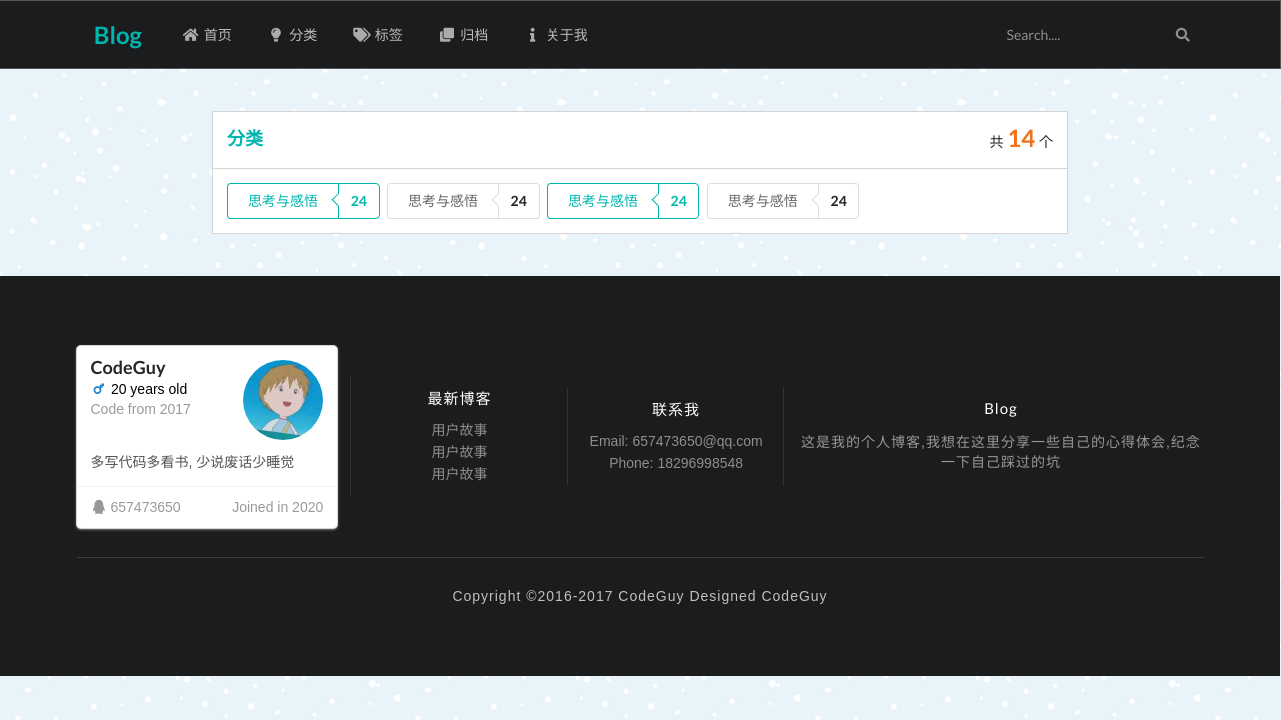
Repository: GOGOHQ/myblog
Page: types.html
These files come from the project's save history. The page is drawn as it stood at one moment and after the next save; the edit follows.
The browser window is 1280 px wide. The page is 1281 px wide, so the pictures cover 1281 px, including what lies to the right of the window. The pictures show the whole page.
Some web libraries are served in a nearby version.

Above is the page before, as saved 2020-01-17 18:50:22.

After the next save:
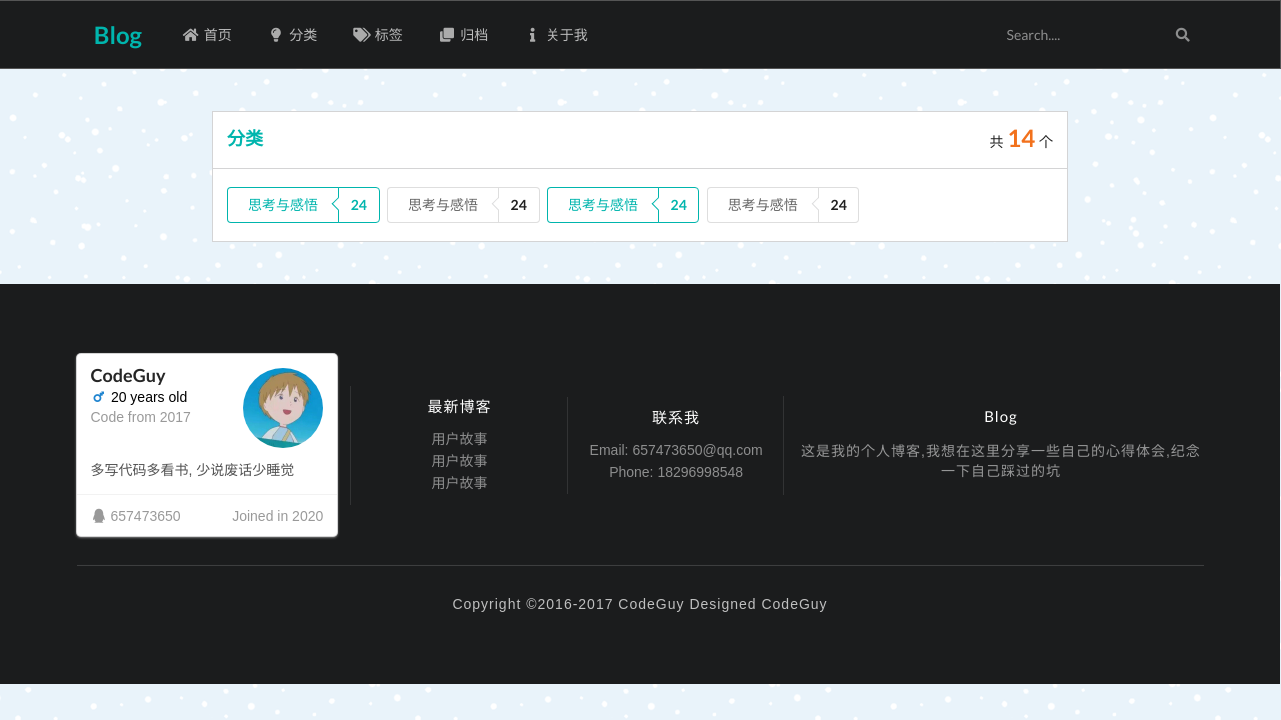
Saved 52 s later.
--- a/types.html
+++ b/types.html
@@ -49,19 +49,19 @@
             </div>
         </div>
         <div class="ui segment attached">
-            <div class="ui labeled button">
+            <div class="ui labeled button m-margin-tb-tiny">
                 <a class="ui basic teal button">思考与感悟</a>
                 <div class="ui basic teal left pointing label">24</div>
             </div>
-            <div class="ui labeled button">
+            <div class="ui labeled button m-margin-tb-tiny">
                 <a class="ui basic  button">思考与感悟</a>
                 <div class="ui basic  left pointing label">24</div>
             </div>
-            <div class="ui labeled button">
+            <div class="ui labeled button m-margin-tb-tiny">
                 <a class="ui basic teal button">思考与感悟</a>
                 <div class="ui basic teal left pointing label">24</div>
             </div>
-            <div class="ui labeled button">
+            <div class="ui labeled button m-margin-tb-tiny">
                 <a class="ui basic  button">思考与感悟</a>
                 <div class="ui basic  left pointing label">24</div>
             </div>
